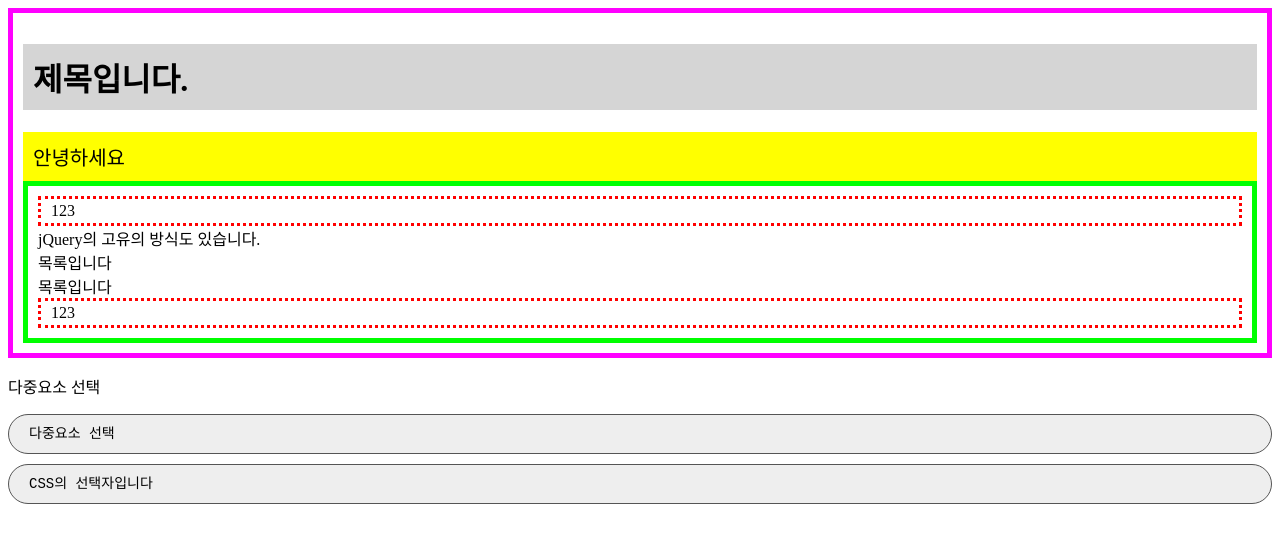
Repository: rwanda95do/bitcamp
Page: jQuery/src/main/webapp/01_helloJQuery/exam05.html
The author's editor kept a copy of each file at every save. The page is drawn from the files as they stood at one save, then again after a run of saves.
The browser window is 1280 px wide. The pictures show the whole page.

Above is the page before, as saved 2024-08-22 05:32:14.

### jQuery/src/main/webapp/01_helloJQuery/exam05.html
<!-- 가장 많이 쓰는 형식 -->

<!DOCTYPE html>
<html>
<head>
<meta charset="UTF-8">
<title>Insert title here</title>
<style type="text/css">
		div#container {
            width: auto;
            border: 5px solid #ff00ff;
            padding: 10px;
        }
        div#container > h1#title {
            background-color: #d5d5d5;
            padding: 10px;
        }
        div#container div.box {
            padding: 10px;
            background-color: #ffff00;
            font: 20px '굴림';
        }
        div#container > ul {
            list-style: none;
            padding: 10px;
            margin: 0px;
            width: auto;
            border: 5px solid #00ff00;
        }
        /* div#container > ul > li:first-child, div#container > ul > li:last-child { */
        div#container  li:first-child, div#container  li:last-child {
            border: 3px dotted red;
            padding: 3px 10px;
        }
        pre {
            font: 14px/130% 'Courier New';
            background: #eee;
            padding: 10px 20px;
            margin: 10px auto;
            border: 1px solid #555;
            border-radius: 20px;
        }
</style>


</head>
<body>
	<div id="container">
		<h1 id="title"></h1>
		<div class="box"></div>
		<ul>
			<li></li>
			<li></li>
			<li></li>
			<li></li>
			<li></li>
		</ul>
	</div>
	<p></p>
	<pre></pre>
	<pre name='source'></pre>
</body>
</html>



<script type="text/javascript" src="http://code.jquery.com/jquery-3.7.1.min.js"></script>
<script type="text/javascript">
$(function () {
	// 밑의 세가지 중에 아무거나 사용하면 됨
	$('#title').html('두번째항목')
	$('#title').text('두번째항목')
	$('h1[id="title"]').html('두번째항목')


	// div에서 부터 id=title인 h1에 제목입니다 넣기
	$('div#container > h1#title').html('제목입니다.')

	// div에서 부터 class=box인 div에 '안녕하세요' 넣기
	$('div#container > div.box').html('안녕하세요')

	// ul에서 시작해서 li안에 '목록입니다' 넣기
	$('ul > li').html('목록입니다')
	// 1번째에 'jQuery의 고유의 방식도 있습니다.' 넣기
	$('ul > li:eq(1)').html('jQuery의 고유의 방식도 있습니다.')

	//
	$('p,pre').html('다중요소 선택')
	$('pre[name="source"]').html('CSS의 선택자입니다')

	$('ul > li:nth-child(1)').html('first child')
	$('ul > li:nth-child(5)').html('last child')

	$('ul > li:first-child').html('123')
	$('ul > li:last-child').html('123')
});
</script>


<!--
CSS 셀렉터
jQuery에서 제어할 대상에 접근하는 방법
jQuery는 제어할 요소를 획득하기 위해서 $() 함수안에 대상을 의미하는 CSS 셀렉터를 파라미터로 전달한다.
예) var mytag = $("h1");      // h1 태그 객체 획득하기
예) var mytag = $(".hello");   // "hello" 라는 class 속성값을 갖는 요소의 객체 획득하기
예) var mytag = $("#hello");   // "hello" 라는 id 속성값을 갖는 요소의 객체 획득하기
 -->

After the next 2 saves:
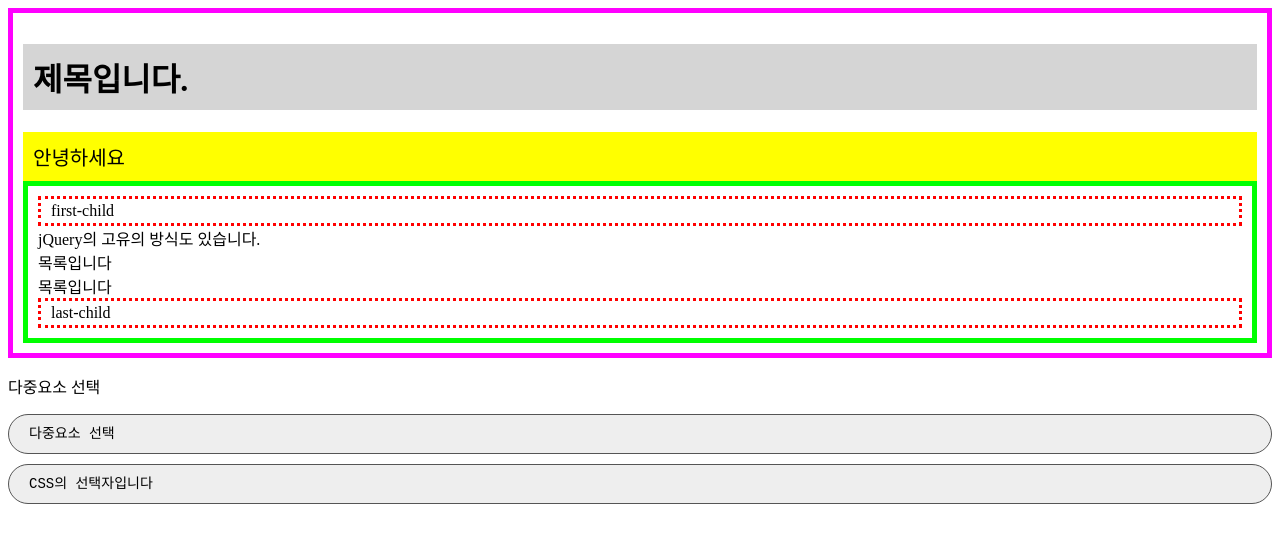
The 2 saves are shown as one change because they came seconds apart.
The last was saved 34 s later.
--- a/jQuery/src/main/webapp/01_helloJQuery/exam05.html
+++ b/jQuery/src/main/webapp/01_helloJQuery/exam05.html
@@ -82,17 +82,16 @@ $(function () {
 	// ul에서 시작해서 li안에 '목록입니다' 넣기
 	$('ul > li').html('목록입니다')
 	// 1번째에 'jQuery의 고유의 방식도 있습니다.' 넣기
+	$('ul > li:nth-child(0)').html('first child')
 	$('ul > li:eq(1)').html('jQuery의 고유의 방식도 있습니다.')
 
 	//
 	$('p,pre').html('다중요소 선택')
 	$('pre[name="source"]').html('CSS의 선택자입니다')
 
-	$('ul > li:nth-child(1)').html('first child')
-	$('ul > li:nth-child(5)').html('last child')
-
-	$('ul > li:first-child').html('123')
-	$('ul > li:last-child').html('123')
+	//
+	$('ul > li:first-child').html('first-child')
+	$('ul > li:last-child').html('last-child')
 });
 </script>
 
